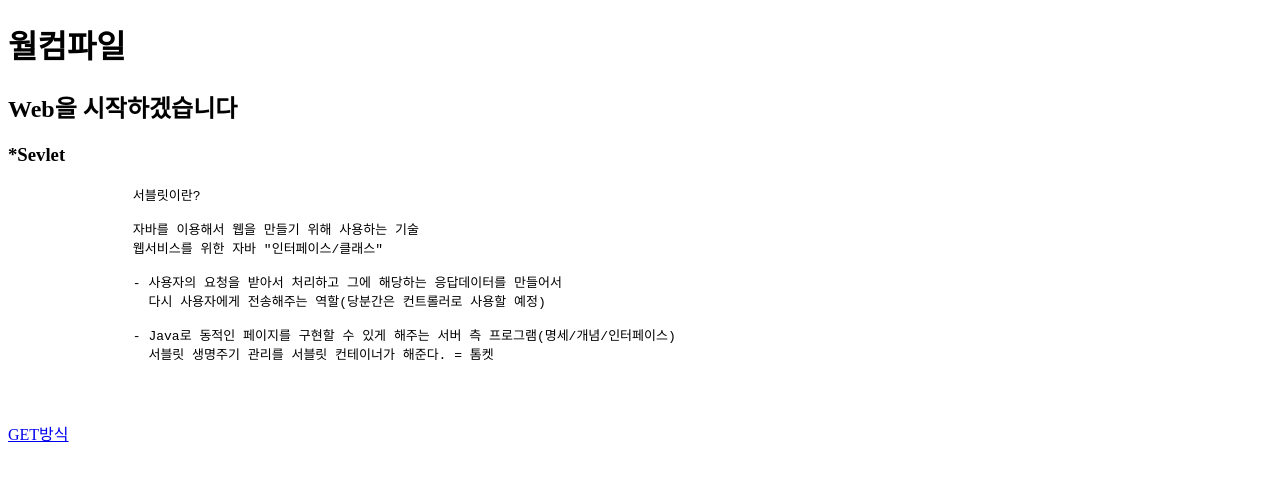
Repository: ham-zi/front-practice
Page: dynamic-workspace/MyFirstWebProject/src/main/webapp/index.html
These files come from the project's save history. The page is drawn as it stood at one moment and after the next save; the edit follows.
The browser window is 1280 px wide. The pictures show the whole page.

Above is the page before, as saved 2026-05-04 03:31:15.

### dynamic-workspace/MyFirstWebProject/src/main/webapp/index.html
<!DOCTYPE html>
<html>
<head>
<meta charset="UTF-8">
<title>HTML!</title>
</head>
<body>

	<h1>월컴파일</h1>

	<!--
	1) 새 워크스페이스 생성 후 이클립스로 열기

	2) 작업 환경 구성
		1. 보여질 화면 요소를 구성

		2. 서버 실행 환경 구성 [window - preferences - (Server - Runtime Environments)]
		   이클립스 상에서 서버를 실행할 수 있도록 실행 환경을 연동하는 과정
		   Add 버튼 클릯 -> 설치한 ApacheTomcat과 동일한 버전을 선택 -> next버튼
		   -> Browse버튼 클릭 -> 설치한 톰켓 폴더(bin폴더가 보여야함) -> finish버튼 클릭

	3-1) 서버 생성하기(Servers)
		1. [Server] - [new] - [server]

		2. [2-2작업을 했다면 기본적으로 Runtime이 잡혀있음]

		3. finish버튼 클릭

	3-2) 서버 세팅하기(만들어진 서버를 더블 클릭)
		1. 왼쪽하단에 ServerOptions탭이 있음 -> Serve Module Publishing 체크박스를 체크
		-> 체크를 안하면 file upload / download 경로 지정이 운영체제 상 숨김폴더로 지정

		2. 포트번호 충동을 방지하기 위해서 포트번호 재설정 -> 작업이 끝나면 반드시 저장해야한다.


	4) Dynamic Web Project만들기 [Project Explorer - new]
		1. 프로젝트명 작성하기 -> Next 버튼

		2. defalut output folder 경로 재설정 :
			src/main/webapp/WEB-INF/classes -> next버튼
		=> classes : 폴더 안에 컴파일이 끝난 .class파일이 들어감 -> bin폴더의 대체
		=> 왜 이 경로가 아니면 안될까? webapp 밑에 파일들은 접근이 가능하지만
		=> 예외로 WEB-INF 밑에는 접근이 불가능함 (보안)

		3. context root : 애플리케이션만의 고유한 별칭으로 만들어줌(기본값 : 프로젝트 명)
		재정의해서 쓰는것이 일반적임, 실제로 매우 자주 바뀜
		=> 하나의 서버로 여러 개의 애플리케이션을 구동할 수 있다.
		고유한 이름을 통해 애플리케이션에 요청을 보내는 경로로 사용할 수 있다.

		content Directory : 실제 배포되는 폴더의 최상위 폴더 => 변경X

		Generate Web.xml deployment descriptor : 기본적으로 체크x
		-> 현재 애플리케이션의 정보를 담는 파일 => 나는 죽었다 깨어나도 바꿀 일 없다 => 안만들어도 무방
		Finish 버튼 클릭

	-->

	<h2> Web을 시작하겠습니다</h2>

	<h3>*Sevlet</h3>

	<pre>
		서블릿이란?

		자바를 이용해서 웹을 만들기 위해 사용하는 기술
		웹서비스를 위한 자바 "인터페이스/클래스"

		- 사용자의 요청을 받아서 처리하고 그에 해당하는 응답데이터를 만들어서
		  다시 사용자에게 전송해주는 역할(당분간은 컨트롤러로 사용할 예정)

		- Java로 동적인 페이지를 구현할 수 있게 해주는 서버 측 프로그램(명세/개념/인터페이스)
		  서블릿 생명주기 관리를 서블릿 컨테이너가 해준다. = 톰켓


	</pre>

	<a href="http://localhost:8088/first/views/request_get.html">GET방식</a>
	<!-- 두가지 요청 방법이 있음
		1. http://localhost:8088/first/views/request_get.html
		2.
	 -->



</body>
</html>

After the next save:
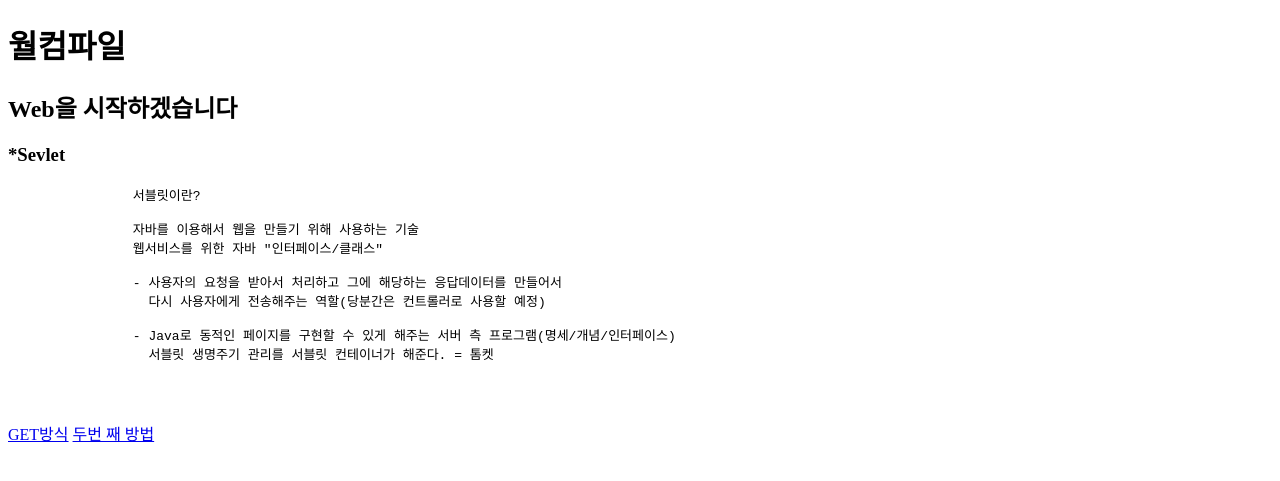
Saved 3 min 25 s later.
--- a/dynamic-workspace/MyFirstWebProject/src/main/webapp/index.html
+++ b/dynamic-workspace/MyFirstWebProject/src/main/webapp/index.html
@@ -75,9 +75,10 @@
 	</pre>
 
 	<a href="http://localhost:8088/first/views/request_get.html">GET방식</a>
+	<a href="views/request_get.html">두번 째 방법</a>
 	<!-- 두가지 요청 방법이 있음
-		1. http://localhost:8088/first/views/request_get.html
-		2.
+		1. (절대경로) http://localhost:8088/first/views/request_get.html
+		2. (상대경로) views/request_get.html
 	 -->
 
 
